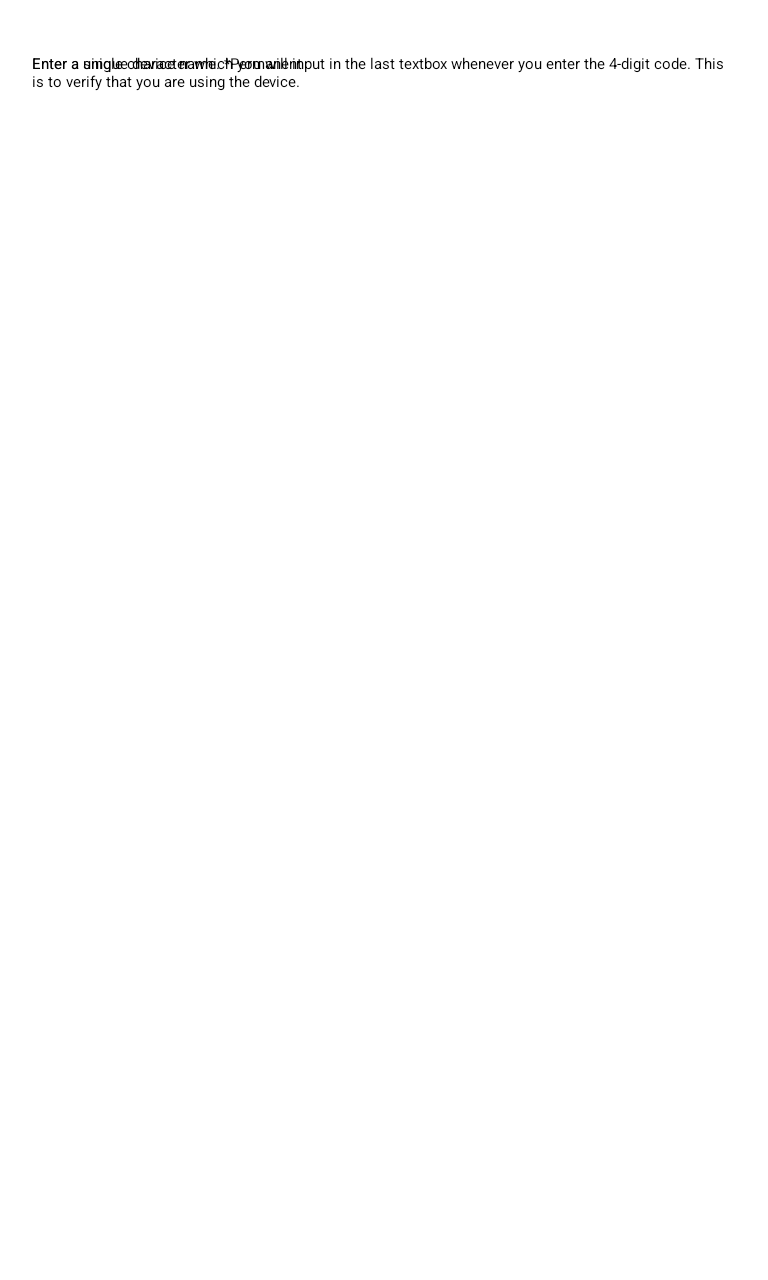
Repository: japheth-starita/DoorLockSystem
Layout: DoorLockSystem/res/layout/user_input_box.xml
An editor plug-in stored every save of this project. The layout is shown before and after the next save, followed by the edit.
It is drawn on a 768 x 1280 px phone screen (xhdpi) without system bars, with theme Platform.V14.AppCompat; the app's code is not run.

Above is the layout before, as saved 2015-12-30 02:51:10.

### DoorLockSystem/res/layout/user_input_box.xml
<?xml version="1.0" encoding="utf-8"?>
<RelativeLayout xmlns:android="http://schemas.android.com/apk/res/android"
    xmlns:tools="http://schemas.android.com/tools"
    android:layout_width="match_parent"
    android:layout_height="match_parent"
    android:paddingBottom="@dimen/activity_vertical_margin"
    android:paddingLeft="@dimen/activity_horizontal_margin"
    android:paddingRight="@dimen/activity_horizontal_margin"
    android:paddingTop="@dimen/activity_vertical_margin"
    tools:context="com.example.doorlocksystem.MainActivity" >

    <EditText
        android:id="@+id/inputverifychar"
        style="@style/EditTextStyle"
        android:layout_alignParentTop="true"
        android:layout_centerHorizontal="true"
        android:inputType="text">
        <requestFocus />
    </EditText>

    <TextView
        android:id="@+id/instruction"
        android:layout_below="@+id/inputverifychar"
        android:layout_width="wrap_content"
        android:layout_height="wrap_content"
        android:textAppearance="?android:attr/textAppearanceMedium"
        android:text="Enter a single character which you will input in the last textbox whenever you enter the 4-digit code. This is to verify that you are using the device." />

    <EditText
        android:id="@+id/inputdevicename"
        android:layout_below="@+id/instruction"
        android:layout_centerHorizontal="true"
        android:inputType="text"
        android:enabled="false"
        android:maxLength="10">
    </EditText>

    <TextView
        android:id="@+id/instruction2"
        android:layout_below="@+id/inputverifychar"
        android:layout_width="wrap_content"
        android:layout_height="wrap_content"
        android:textAppearance="?android:attr/textAppearanceMedium"
        android:text="Enter a unique device name. *Permanent" />
</RelativeLayout>

Loaded but not shown: DoorLockSystem/res/values/dimens.xml (common file); DoorLockSystem/res/values-w820dp/dimens.xml (common file); DoorLockSystem/res/values/styles.xml (common file)

After the next save:
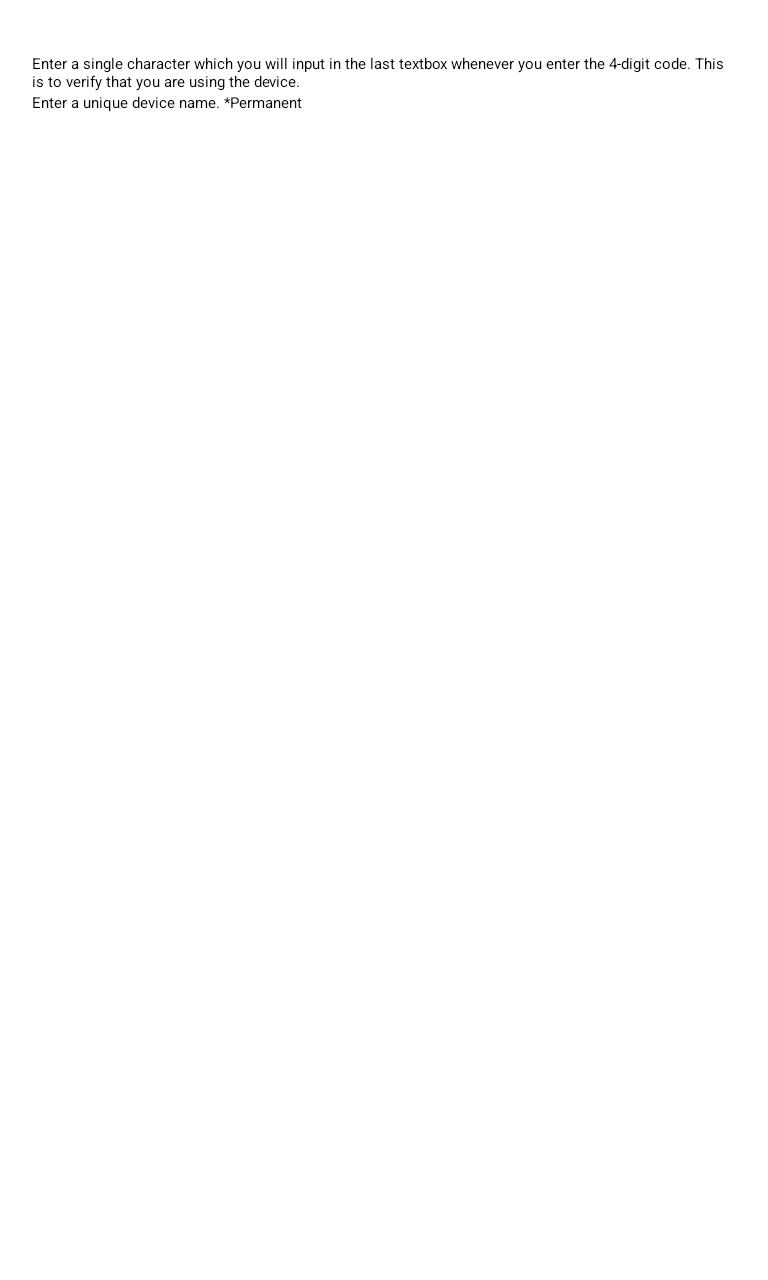
Saved 31 s later.
--- a/DoorLockSystem/res/layout/user_input_box.xml
+++ b/DoorLockSystem/res/layout/user_input_box.xml
@@ -37,7 +37,7 @@
 
     <TextView
         android:id="@+id/instruction2"
-        android:layout_below="@+id/inputverifychar"
+        android:layout_below="@+id/inputdevicename"
         android:layout_width="wrap_content"
         android:layout_height="wrap_content"
         android:textAppearance="?android:attr/textAppearanceMedium"
